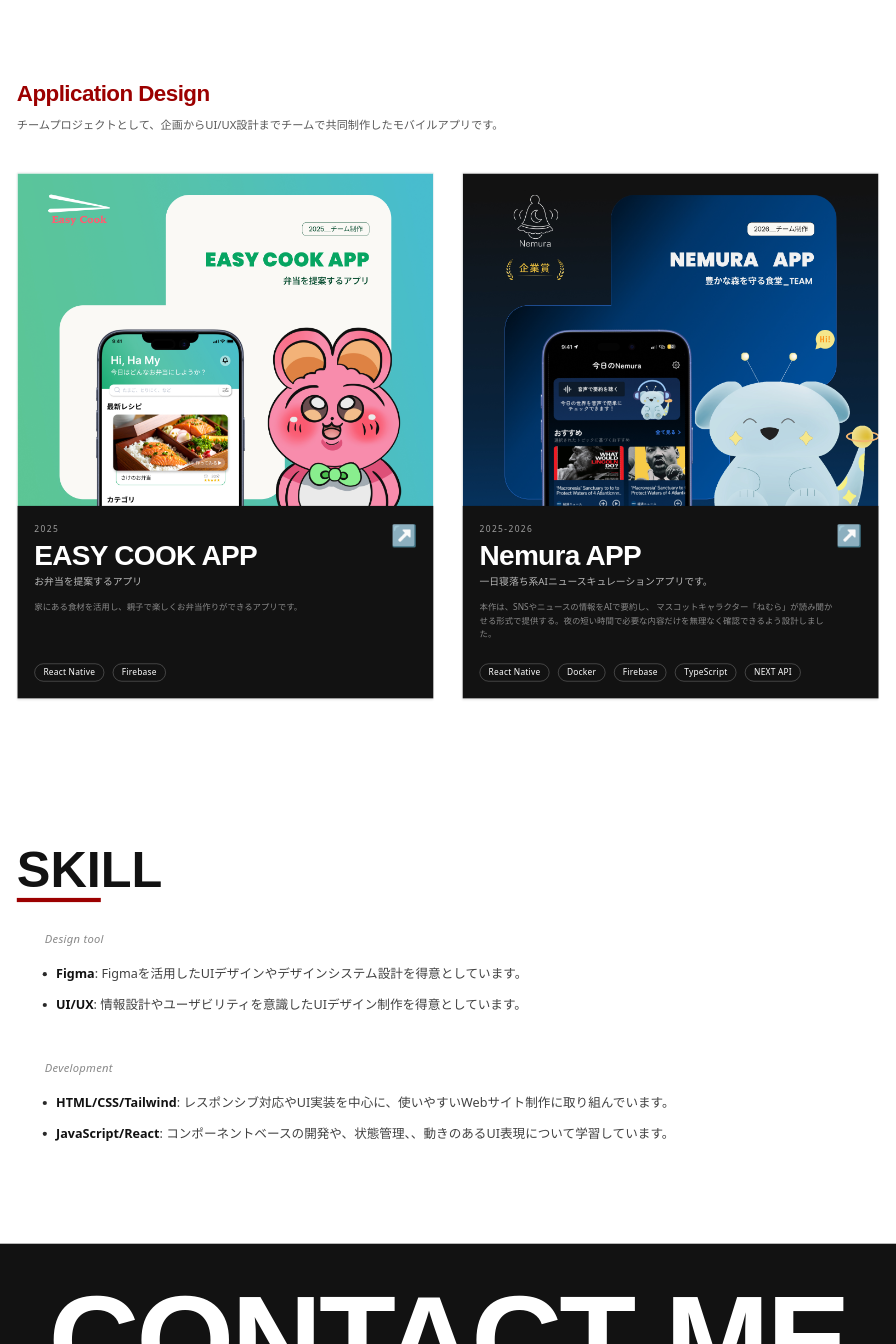
Repository: meme2603/Portfolio-HaMy
Page: / (app in my-portfolio/)
An editor plug-in stored every save of this project. The page is shown before and after the next save, followed by the edit.
The browser window is 1280 px wide. The pictures show the part of the page from y = 3494 to 5414 px (the page is 6105 px tall), at 70% of full size.
Some web fonts or font styles are not loaded; a fallback is used. The project was rebuilt for these pictures with package versions that can differ from the ones it lists, and the page was loaded fresh each time. Also part of the build but not shown: my-portfolio/vite.config.js, my-portfolio/src/pages/ProjectDetail.jsx.

Above is the page before, as saved 2026-06-12 16:00:10.

### my-portfolio/index.html
<!doctype html>
<html lang="ja">
  <head>
    <meta charset="UTF-8" />

    <link rel="icon" type="image/png" href="/memex2.png" />
    <meta name="viewport" content="width=device-width, initial-scale=1.0" />
    <title>My Portfolio</title>
    <link
      rel="stylesheet"
      href="https://fonts.googleapis.com/css2?family=Material+Symbols+Outlined:opsz,wght,FILL,GRAD@24,250,0,0"
    />
    <link rel="preconnect" href="https://fonts.googleapis.com" />
    <link rel="preconnect" href="https://fonts.gstatic.com" crossorigin />
    <link
      href="https://fonts.googleapis.com/css2?family=Akshar:wght@300..700&family=Poppins:wght@300;400;600;700&display=swap"
      rel="stylesheet"
    />
  </head>
  <body>
    <div id="root"></div>

    <script type="module" src="/src/main.jsx"></script>
  </body>
</html>

### my-portfolio/src/main.jsx
import React from "react";
import ReactDOM from "react-dom/client";
import App from "./App";
import "./index.css";

ReactDOM.createRoot(document.getElementById("root")).render(
  <React.StrictMode>
    <App />
  </React.StrictMode>,
);

### my-portfolio/src/App.jsx
// import React from "react";
import { BrowserRouter as Router, Routes, Route } from "react-router-dom";

import Header from "./components/Header";
import Hero from "./components/Hero";
import About from "./components/About";
import Projects from "./components/Projects";
import Skills from "./components/Skills";
import Contact from "./components/Contact";
import ProjectDetail from "./pages/ProjectDetail";
function Home() {
  return (
    <>
      <Hero />
      <About />
      <Projects />
      <Skills />
      <Contact />
    </>
  );
}

function App() {
  return (
    <Router>
      <div className="App">
        <Header />

        {/* Routes điều hướng: Ở trang nào thì lôi component đó ra */}
        <Routes>
          {/* Khi ở đường dẫn mặc định "/", hiển thị toàn bộ trang chủ */}
          <Route path="/" element={<Home />} />

          {/* Khi click vào project, nhảy sang trang chi tiết tạm thời này */}
          <Route path="/project/:id" element={<ProjectDetail />} />
        </Routes>
      </div>
    </Router>
  );
}

export default App;

### my-portfolio/src/index.css
@import "tailwindcss";
@theme {
  --color-primary: #9c0000;
  --color-background: #fff;
  --color-font: #121212;

  --opacity-overlay: 0.65;
  --opacity-glass: 0.1;

  --font-poppins: "Poppins", sans-serif;
  --font-akshar: "Akshar", sans-serif;
}
html {
  scroll-behavior: smooth;
}

### my-portfolio/src/components/Header.jsx
import { useState } from "react";
function MenuItem({ text }) {
  return (
    <li>
      <a
        href={`#${text.toLowerCase()}`}
        className="text-primary text-xl relative group transition-colors"
      >
        {text}
        <span
          className="
            absolute left-0 -bottom-[4px] w-0 h-[1px] bg-primary
            transition-all duration-300 group-hover:w-full
          "
        ></span>
      </a>
    </li>
  );
}

function Header() {
  const [isOpen, setIsOpen] = useState(false);
  const menuItems = ["About", "Projects", "Contact"];
  return (
    <header className="fixed top-0 left-0 w-full h-20 bg-background border-b border-gray-300 z-60">
      <div className="max-w-7xl mx-auto h-full px-6 flex justify-between items-center">
        <div className="shrink-0">
          <a
            href="/"
            className="text-4xl text-primary font-semibold font-akshar"
          >
            HA MY
          </a>
        </div>

        <nav className="hidden lg:block">
          <ul className="flex space-x-10">
            {menuItems.map((item) => (
              <MenuItem key={item} text={item} />
            ))}
          </ul>
        </nav>

        <button
          onClick={() => setIsOpen(!isOpen)}
          className="block lg:hidden text-primary focus:outline-none z-50"
          aria-label="Menu"
        >
          <svg
            xmlns="http://www.w3.org/2000/svg"
            className="h-8 w-8"
            fill="none"
            viewBox="0 0 24 24"
            stroke="currentColor"
          >
            <path
              strokeLinecap="round"
              strokeLinejoin="round"
              strokeWidth="2"
              d={isOpen ? "M6 18L18 6M6 6l12 12" : "M4 6h16M4 12h16M4 18h16"}
            />
          </svg>
        </button>

        <div
          className={`
            absolute top-24 left-0 w-full bg-background border-b border-gray-300
            flex flex-col items-center shadow-lg lg:hidden
            overflow-hidden transition-all duration-700 ease-in-out
            ${isOpen ? "max-h-96 opacity-100 py-8 space-y-6" : "max-h-0 opacity-0 py-0 space-y-0 border-none"}
          `}
        >
          <div className="flex flex-col items-center w-full py-6 space-y-6">
            <a
              href="#about"
              onClick={() => setIsOpen(false)}
              className="text-primary text-2xl transition-opacity duration-700"
            >
              About
            </a>
            <a
              href="#projects"
              onClick={() => setIsOpen(false)}
              className="text-primary text-2xl transition-opacity duration-700"
            >
              Projects
            </a>
            <a
              href="#contact"
              onClick={() => setIsOpen(false)}
              className="text-primary text-2xl transition-opacity duration-700"
            >
              Contact
            </a>
          </div>
        </div>
      </div>
    </header>
  );
}

export default Header;

### my-portfolio/src/components/About.jsx
import aboutImg from "../assets/about.jpg";
function About() {
  return (
    <section
      id="about"
      className="relative w-full h-auto py-24 bg-background overflow-hidden mt-16"
    >
      <div className="max-w-7xl mx-auto px-6 md:px-10">
        {/* TITLE */}
        <div className="mb-16">
          <h1 className="text-5xl md:text-6xl lg:text-7xl font-bold font-akshar text-font leading-none">
            ABOUT ME
          </h1>

          <div className="w-[80px] md:w-[100px] lg:w-[120px] lg:h-[6px] md:h-[5px] h-[4px] bg-primary mt-1"></div>
        </div>

        {/* CONTENT */}
        <div className="flex flex-col lg:flex-row items-center lg:items-start gap-16">
          {/* LEFT */}
          <div className="w-full lg:w-[380px] shrink-0">
            <div className="bg-white rounded-2xl shadow-md p-5">
              <img
                src={aboutImg}
                alt="About Me"
                className="w-full  h-[300px] object-cover rounded-xl"
              />

              <div className="mt-5">
                <h2 className="text-3xl font-akshar font-bold tracking-wide text-font">
                  NGUYEN THI HA MY
                </h2>

                <p className="text-font/70 text-lg mt-1">2001.03.30</p>
              </div>

              <div className="flex gap-3 mt-6">
                <span className="border border-font rounded-full px-4 py-2 text-sm">
                  UI/UX Designer
                </span>

                <span className="border border-font rounded-full px-4 py-2 text-sm">
                  Design Engineer
                </span>
              </div>
            </div>
          </div>

          {/* RIGHT */}
          <div className="flex-1 max-w-[760px]">
            <h2 className="text-2xl md:text-3xl font-semibold font-akshar text-primary tracking-[4px] mb-8">
              PROFILE!!
            </h2>

            <div className="space-y-6 text-font leading-[2.2] text-sm md:text-base lg:text-lg">
              <p>
                ベトナム出身の
                <span className="font-semibold">
                  グエン ティ ハ ミー（ NGUYEN THI HA MY）
                </span>
                です。
              </p>

              <p>
                現在は専門学校で、
                <span className="font-semibold">デザインやコーディング </span>
                について学びながらWeb制作やフロントエンド技術の基礎を学んでおります。
              </p>

              <p>
                2021年に来日し、最初の1年間は日本語学校で日本語を学びました。
                <br />
                その後、ビジネス専門学校に進学し、日本の文化やビジネスマナー、コミュニケーション力を身につけてまいりました。
                その中で、コンピュータの授業を通して、Webデザインという職業があることを初めて知り、興味を持つようになりました。
              </p>

              <p>
                留学生として日本とベトナム両方の文化に触れてきた経験を活かし、将来はユーザーの多様な視点やニーズを理解し、最適な体験をデザインする
                <span className="font-semibold text-primary text-xl">
                  UI/UXデザイナー
                </span>
                を目指しております。
              </p>
            </div>
          </div>
        </div>
      </div>
    </section>
  );
}
export default About;

### my-portfolio/src/components/Projects.jsx
import ProjectSection from "./ProjectSection";
import { websiteProjects, appProjects } from "../data/ProjectsData";

function Projects() {
  return (
    <section id="projects" className="pt-20 bg-background">
      <div className="max-w-7xl mx-auto px-6">
        <h1 className="text-5xl md:text-6xl lg:text-7xl font-akshar font-bold text-font">
          PROJECTS
        </h1>
        <div className="w-[80px] md:w-[100px] lg:w-[120px] lg:h-[6px] md:h-[5px] h-[4px] bg-primary mt-1 mb-20"></div>
        <ProjectSection
          title="Website Design"
          description="学校で学んだ知識を活かし、企画からデザイン、コーディングまで一貫して制作したWebプロジェクトです。"
          projects={websiteProjects}
        />
        <ProjectSection
          title="Application Design"
          description="チームプロジェクトとして、企画からUI/UX設計までチームで共同制作したモバイルアプリです。"
          projects={appProjects}
        />
      </div>
    </section>
  );
}

export default Projects;

### my-portfolio/src/components/Skills.jsx
import { skillData } from "../data/ProjectsData";
function Skill() {
  return (
    <section className="w-full pt-20 pb-16">
      <div className="max-w-7xl mx-auto px-6 pb-10">
        <h2 className="text-5xl md:text-6xl lg:text-7xl font-bold font-akshar text-font leading-none">
          SKILL
        </h2>

        <div className="w-[80px] md:w-[100px] lg:w-[120px] lg:h-[6px] md:h-[5px] h-[4px] bg-primary mt-1"></div>
      </div>

      <div className="max-w-7xl mx-auto px-16 space-y-16">
        {skillData.map((group, index) => (
          <div key={index}>
            <h3 className="text-base font-medium text-font/50 mb-6 tracking-wide italic">
              {group.category}
            </h3>

            <ul className="space-y-4 pl-4">
              {group.skills.map((skill, sIndex) => (
                <li key={sIndex} className="list-disc text-font/90 text-lg">
                  <span className="font-bold text-font">{skill.name}</span>
                  <span className="text-font/80 font-light">
                    : {skill.status} {skill.desc}
                  </span>
                </li>
              ))}
            </ul>
          </div>
        ))}
      </div>
    </section>
  );
}

export default Skill;

### my-portfolio/src/components/ProjectSection.jsx
import ProjectCard from "./ProjectCard";

function ProjectSection({ title, description, projects }) {
  return (
    <section className="mb-32">
      <h2
        className="
          text-[32px]
          leading-none
          font-bold
          font-akshar
          tracking-tight
          text-primary
        "
      >
        {title}
      </h2>

      <p
        className="
          mt-4
          text-font/70
          leading-relaxed
        "
      >
        {description}
      </p>

      <div className="grid grid-cols-1 md:grid-cols-2 gap-10 mt-14">
        {projects.slice(0, 4).map((project, index) => (
          <ProjectCard
            id={project.id}
            key={index}
            year={project.year}
            title={project.title}
            titleJP={project.titleJP}
            description={project.desc}
            tags={project.tags}
            image={project.img}
          />
        ))}
      </div>
    </section>
  );
}

export default ProjectSection;

### my-portfolio/src/data/ProjectsData.js
// projectsData.js
// 1. Import ảnh ở đầu file để JS hiểu đường dẫn
import portfoliothumb from "../assets/portfoliothumb.jpg";
import coffeethumb from "../assets/coffeethumb.jpg";
import sneakerthumb from "../assets/sneakerthumb.jpg";
import okayamathumb from "../assets/okayamathumb.jpg";
import nemurathumb from "../assets/nemurathumb.jpg";
import easycookthumb from "../assets/easycookthumb.jpg";
import coffeemockupHero from "../assets/coffeemockupHero.jpg";
import coffeemockupIntro from "../assets/coffeemockupIntro.png";
import coffeemockupConcept from "../assets/coffeemockupConcept.jpg";
import coffeemockupPC from "../assets/coffeemockupPc.jpg";
import coffeemockupMobile from "../assets/coffeemockupMobile.jpg";
import sneakermockupHero from "../assets/sneakermockupHero.jpg";
import sneakermockupIntro from "../assets/sneakermockupIntro.png";
import sneakermockupConcept from "../assets/sneakermockupConcept.jpg";
import okayamamockupHero from "../assets/okayamamockupHero.jpg";
import okayamamockupIntro from "../assets/okayamamockupIntro.png";
import okayamamockupConcept from "../assets/okayamamockupConcept.jpg";
import okayamamockupPC from "../assets/okayamamockupPC.jpg";
import okayamamockupMobile from "../assets/okayamamockupMobile.jpg";
import nemuramockupHero from "../assets/nemuramockupHero.jpg";
import nemuramockupMobile from "../assets/nemuramockupMobile.jpg";
import easycookmockupHero from "../assets/easycookmockupHero.jpg";
import easycookmockupMobile from "../assets/easycookmockupMobile.jpg";
import portfoliomockupHero from "../assets/portfoliomockupHero.jpg";
import portfoliomockupConcept from "../assets/portfoliomockupConcept.jpg";

export const websiteProjects = [
  {
    id: "coffee-shop",
    year: "2025",
    title: "Coffee Shop",
    name: "THE COFFEE HOUSE",
    titleJP: "カフェショップサイト",
    desc: "家族みんなが安心して過ごせるカフェをテーマに、Webサイトを制作しました。",
    tags: ["Figma", "HTML", "CSS", "JavaScript"],
    img: coffeethumb,

    // page detail
    mockupHero: coffeemockupHero,
    mockupIntro: coffeemockupIntro,
    mockupConcept: coffeemockupConcept,
    mockupPC: coffeemockupPC,
    mockupMobile: coffeemockupMobile,

    target: "子供連れの20代〜40代のファミリー層",
    objective: "店舗の温かみのある雰囲気をWEB上で表現し...",
    problem: "既存のカフェサイトはスタイリッシュすぎて...",
    designConcept: "温かみのあるベージュ（#FAF7F2）と...",
    ia: "ユーザーが最も知りたい『メニュー』...",
    scope: "UI/UX Designer / Frontend Developer",
    period: "企画・WF：3日\nデザイン：5日",
    tools: "Figma / HTML / CSS / JavaScript",
    URL: "https://the-coffee-house-eight.vercel.app/",
  },
  {
    id: "portfolio",
    year: "2026",
    title: "Portfolio.",
    name: "PORTFOLIO",
    titleJP: "ポートフォリオ",
    desc: "就職活動のために制作したポートフォリオサイトです。",
    tags: ["Figma", "React", "Tailwind"],
    img: portfoliothumb,

    // page detail
    mockupHero: portfoliomockupHero,
    mockupConcept: portfoliomockupConcept,

    client: "自主制作（就職活動用）",
    target: "Web制作会社・デザイン企業の採用担当者様",
    objective: "自身のスキル thấu đáo và tư duy thiết kế rõ ràng...",
    problem: "作品単体を見せるだけでは制作の背景や意図が伝わりにくい...",
    designConcept:
      "シンプルかつ視認性の高いダークモードとライトモードの融合...",
    ia: "Home / Project Detail / About / Contact",
    scope: "UI/UX Design / Front-end Development (React)",
    period: "デザイン：3日\nコンディング：5日",
    tools: "Figma / React / Tailwind CSS / Vite",
    URL: "https://portfolio.example.com",
  },
  {
    id: "sneaker-lp",
    year: "2025",
    title: "Sneaker LP",
    name: "SNEAKER LANDING PAGE",
    titleJP: "スニーカーLP",
    desc: "新作スニーカーの販売に向けた、ランディングページを制作しました。",
    tags: ["Figma", "HTML", "SCSS"],
    img: sneakerthumb,

    // page detail
    mockupHero: sneakermockupHero,
    mockupIntro: sneakermockupIntro,
    mockupConcept: sneakermockupConcept,

    target: "10代〜30代のスニーカーコレクター・ストリートファッション好き",
    objective:
      "新作スニーカーの魅力をダイナミックに伝え、購買意欲を刺激する...",
    problem:
      "従来の商品LPは情報量が多く、製品のスタイリッシュさが埋もれがち...",
    designConcept: "ダイナミックなタイポグラフィとコントラストの強い配色...",
    ia: "Hero / Concept / Features / Gallery / Buy Now",
    scope: "UI/UX Design / Coding",
    period: "1週間",
    tools: "Figma / HTML / SCSS / JavaScript",
    URL: "https://sneaker-lp-2025.vercel.app/",
  },
  {
    id: "okayama-kankou",
    year: "2025",
    title: "Okayama kankou",
    name: "OKAYAMA KANKOU",
    titleJP: "観光サイト",
    desc: "昔話「桃太郎」をテーマに、岡山の伝説・史実・文化を体験できる観光サイトを制作しました。",
    tags: ["Figma", "UI/UX"],
    img: okayamathumb,

    // page detail
    mockupHero: okayamamockupHero,
    mockupIntro: okayamamockupIntro,
    mockupConcept: okayamamockupConcept,
    mockupPC: okayamamockupPC,
    mockupMobile: okayamamockupMobile,

    target: "歴史や文化に興味がある国内の旅行者・ファミリー層",
    objective: "岡山の伝統的な魅力と桃太郎の史実を新しい切り口で伝える...",
    problem:
      "一般的な観光パンフレット的な情報ばかりで、現地のストーリー性が伝わりにくい...",
    designConcept: "和モダンを意識した、落ち着きのあるテクスチャと色彩設計...",
    ia: "トップ / 伝説の背景 / おすすめスポット / アクセス",
    scope: "UI/UX Design / Information Architecture",
    period: "企画・WF：3日\nデザイン：5日",
    tools: "Figma / Illustrator",
    URL: "https://okayama2026.vercel.app/",
  },
];

export const appProjects = [
  {
    id: "easy-cook",
    year: "2025",
    title: "EASY COOK APP",
    name: "EASY COOK",
    titleJP: "お弁当を提案するアプリ",
    desc: "家にある食材を活用し、親子で楽しくお弁当作りができるアプリです。",
    tags: ["React Native", "Firebase"],
    img: easycookthumb,

    // page detail
    mockupHero: easycookmockupHero,
    mockupMobile: easycookmockupMobile,

    client: "自主制作（モバイルアプリケーション設計）",
    target: "毎日の子供のお弁当作りに悩む、忙しい共働きの親御さん",
    objective:
      "冷蔵庫の残り物で手軽に作れるレシピを提案し、お弁当作りの負担を軽減する...",
    problem: "献立を考える時間が足りず、いつも同じメニューになってしまう...",
    designConcept:
      "親しみやすさと使いやすさを両立した、暖色系主体のUIデザイン...",
    ia: "ホーム / レシピ検索 / お気に入り / 親子モード",
    scope: "UI/UX Design / Mobile Prototype",
    period: "約1.5ヶ月（チーム制作）",
    tools: "Figma / React Native (UI Prototyping)",
    URL: "",
  },
  {
    id: "nemura-app",
    year: "2025-2026",
    title: "Nemura APP",
    name: "NEMURA AI NEWS",
    titleJP: "一日寝落ち系AIニュースキュレーションアプリです。",
    desc: "本作は、SNSやニュースの情報をAIで要約し、 マスコットキャラクター「ねむら」が読み聞かせる形式で提供する。夜の短い時間で必要な内容だけを無理なく確認できるよう設計しました。",
    tags: ["React Native", "Docker", "Firebase", "TypeScript", "NEXT API"],
    img: nemurathumb,

    // page detail
    mockupHero: nemuramockupHero,
    mockupMobile: nemuramockupMobile,

    client: "チーム制作（ECC EXPO 2026 一次審査通過作品）",
    target:
      "夜寝る前にスマホを見すぎて睡眠不足になりがちな現代のビジネスパーソン・学生",
    objective:
      "画面を見ずに耳だけで今日の重要ニュースを効率よく消化できる体験...",
    problem:
      "夜のスマホ画面のブルーライトが睡眠の質を下げ、不要な情報まで追ってしまう...",
    designConcept:
      "睡眠を妨げない、深い夜をイメージしたダークブルーとパープルの世界観...",
    ia: "音声再生画面 / ニュースカテゴリ選択 / キャラクター設定",
    scope: "UI/UX Design (Lead) / Brand Identity",
    period: "約1.5ヶ月（チーム制作）",
    tools: "Figma / Illustrator / After Effects",
    URL: "",
  },
];

// skillsData.js
export const skillData = [
  {
    category: "Design tool",
    skills: [
      {
        name: "Figma",
        desc: "Figmaを活用したUIデザインやデザインシステム設計を得意としています。",
      },
      {
        name: "UI/UX",
        desc: "情報設計やユーザビリティを意識したUIデザイン制作を得意としています。",
      },
    ],
  },
  {
    category: "Development",
    skills: [
      {
        name: "HTML/CSS/Tailwind",
        desc: "レスポンシブ対応やUI実装を中心に、使いやすいWebサイト制作に取り組んでいます。",
      },
      {
        name: "JavaScript/React",
        desc: "コンポーネントベースの開発や、状態管理、、動きのあるUI表現について学習しています。",
      },
    ],
  },
];

### my-portfolio/src/components/ProjectCard.jsx
import { Link } from "react-router-dom";

// ProjectCard = component dùng để hiển thị 1 project card
function ProjectCard({ id, year, title, titleJP, description, tags, image }) {
  return (
    <Link
      to={`/project/${id}`}
      className="block flex flex-col h-full group shadow-sm border border-[#1A120B]/5"
    >
      <div className="group flex flex-col h-full cursor-pointer ">
        <div className="overflow-hidden bg-font aspect-[5/4] w-full">
          <img
            src={image}
            alt={title}
            className="
            w-full
            object-cover
            transition-all
            duration-500
            group-hover:scale-105
            group-hover:opacity-90
          "
          />
        </div>

        <div className="bg-font text-background px-6 py-6 flex flex-col flex-grow justify-between ">
          <div className="flex items-start justify-between">
            <div>
              <p className="text-[12px] tracking-[2px] text-background/60 ">
                {year}
              </p>

              <h3
                className="
                text-[40px]
                leading-none
                font-bold
                font-akshar
                tracking-tight
                mt-2
              "
              >
                {title}
              </h3>

              <p className="text-sm text-background/70 mt-2">{titleJP}</p>

              <p className="text-xs text-background/50 leading-relaxed mt-4 line-clamp-3">
                {description}
              </p>
            </div>

            <div
              className="
              text-3xl
              transition-transform
              duration-300
              group-hover:translate-x-1
              group-hover:-translate-y-1
            "
            >
              ↗
            </div>
          </div>

          <div className="mt-8 flex items-center gap-3 flex-wrap">
            {tags &&
              tags.map((tag, index) => (
                <span
                  key={index}
                  className="
                border
                border-background/30
                rounded-full
                px-3
                py-1
                text-xs
                tracking-wide
              "
                >
                  {tag}
                </span>
              ))}
          </div>
        </div>
      </div>
    </Link>
  );
}

export default ProjectCard;

Loaded but not shown: my-portfolio/src/components/Hero.jsx (128 lines, source omitted); my-portfolio/src/components/Contact.jsx (143 lines, source omitted)

After the next save:
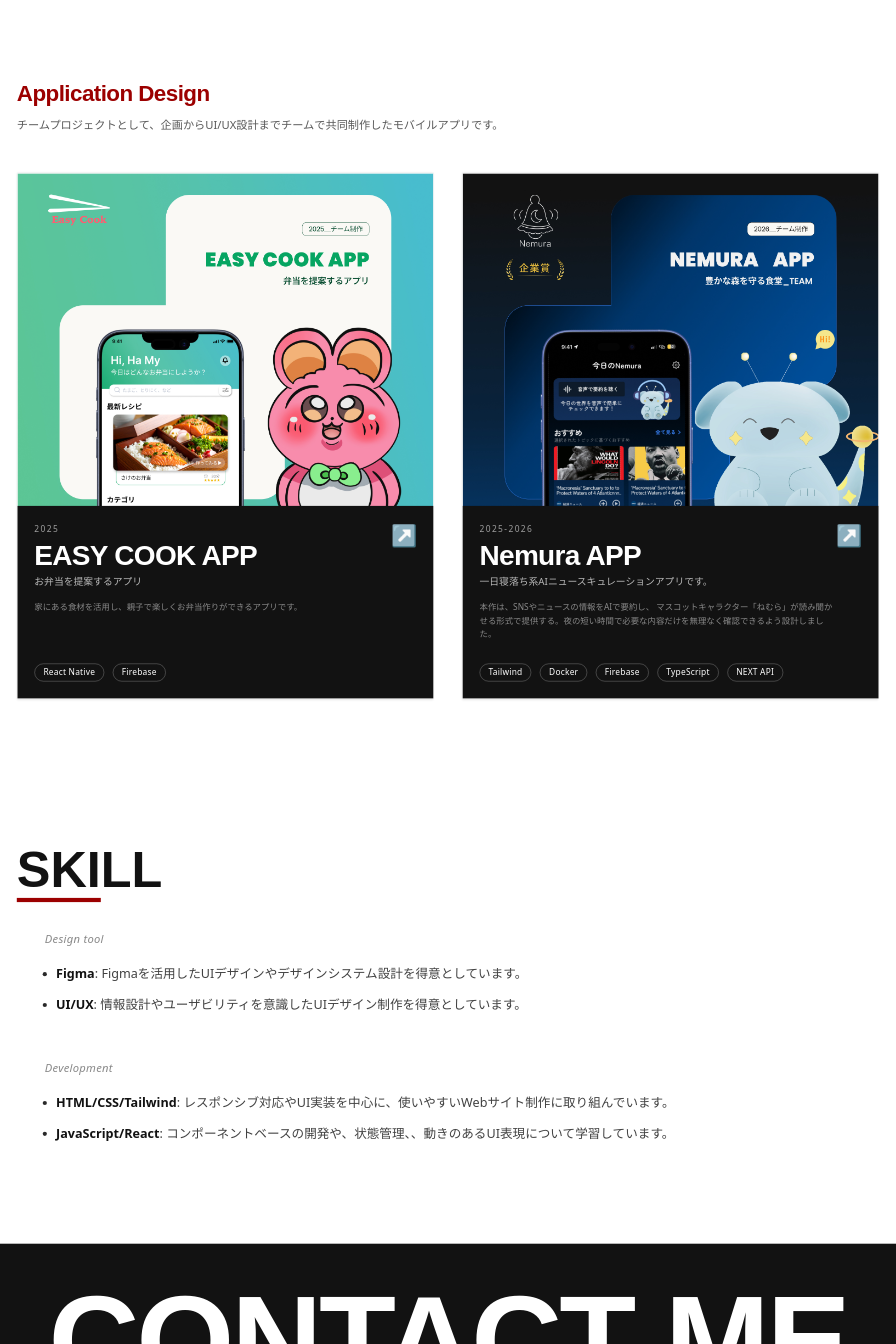
Saved 12 s later.
--- a/my-portfolio/src/data/ProjectsData.js
+++ b/my-portfolio/src/data/ProjectsData.js
@@ -172,7 +172,7 @@ export const appProjects = [
     name: "NEMURA AI NEWS",
     titleJP: "一日寝落ち系AIニュースキュレーションアプリです。",
     desc: "本作は、SNSやニュースの情報をAIで要約し、 マスコットキャラクター「ねむら」が読み聞かせる形式で提供する。夜の短い時間で必要な内容だけを無理なく確認できるよう設計しました。",
-    tags: ["React Native", "Docker", "Firebase", "TypeScript", "NEXT API"],
+    tags: ["Tailwind", "Docker", "Firebase", "TypeScript", "NEXT API"],
     img: nemurathumb,
 
     // page detail
